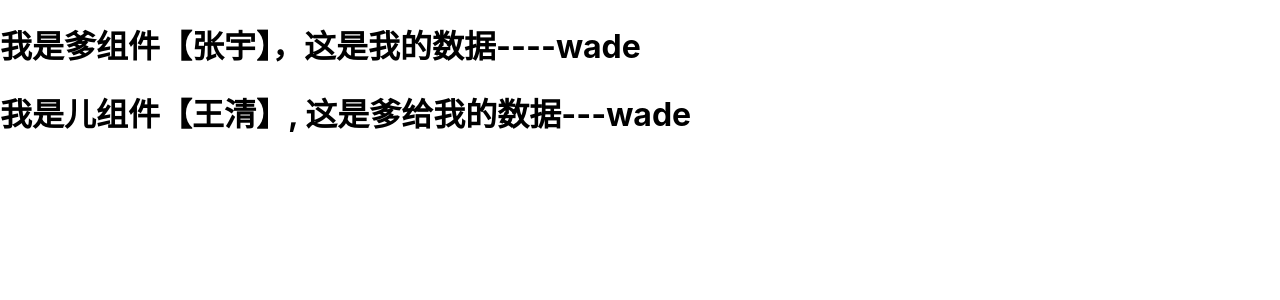
Repository: ZhangCoder0812/zf-react-project
Page: /
The author's editor kept a copy of each file at every save. The page is drawn from the files as they stood at one save, then again after the next save.
The browser window is 1280 px wide. The pictures show the whole page.
The project was rebuilt for these pictures with package versions that can differ from the ones it lists, and the page was loaded fresh each time.

Above is the page before, as saved 2021-05-17 10:59:22.

### src/index.js
import React from "react";
import ReactDOM from "react-dom";
import "./index.css";
import App from "./App";

ReactDOM.render(
    <App className="我是父组件传的值" />, // 严格模式可能会导致多次渲染
    // <React.StrictMode>
    //   <App />
    // </React.StrictMode>,
    document.getElementById("root")
);

### src/App.js
import React from "react";
import Child from "./child";

class App extends React.Component {
    state = {
        name: "wade",
    };
    render() {
        let { name } = this.state;
        return (
            <div>
                <h1>我是爹组件【张宇】，这是我的数据----{name}</h1>
                <Child data={name} />
            </div>
        );
    }
}

export default App;

### src/child.js
import React from "react";

function child(props) {
    // props 父组件传的数据
    let { data } = props;
    return (
        <div>
            <h1>我是儿组件【王清】, 这是爹给我的数据---{data}</h1>
        </div>
    );
}

export default child;

Loaded but not shown: public/index.html (common file); src/index.css (common file)

After the next save:
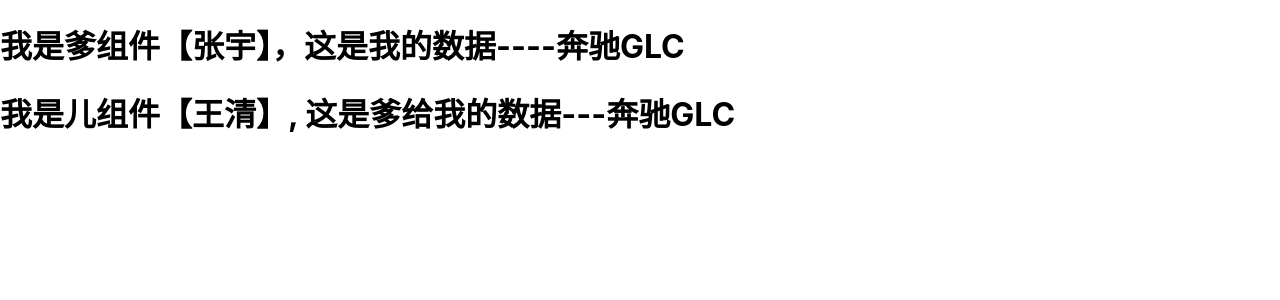
Saved 14 s later.
--- a/src/App.js
+++ b/src/App.js
@@ -3,7 +3,7 @@
 
 class App extends React.Component {
     state = {
-        name: "wade",
+        name: "奔驰GLC",
     };
     render() {
         let { name } = this.state;
